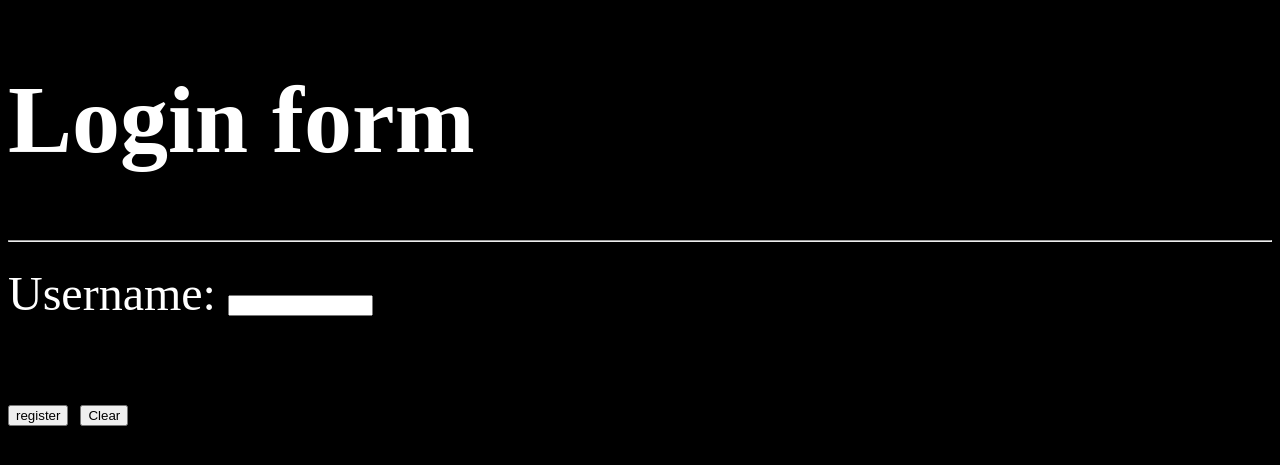
Repository: neerajagrrawal/Day8
Page: LoginApplication/WebContent/registration.html
These files come from the project's save history. The page is drawn as it stood at one moment and after the next save; the edit follows.
The browser window is 1280 px wide. The pictures show the whole page.

Above is the page before, as saved 2018-09-05 11:54:03.

### LoginApplication/WebContent/registration.html
<!DOCTYPE html>
<html>
<head>
<meta charset="ISO-8859-1">
<title>Insert title here</title>
</head>
<body bgcolor="black">
<font color="white" size="11">
<h1>Login form</h1>
<hr>
<form action="register" method="post">
<label>Username: </label>
<input type="text" name="password" size="15">
<br><br>
<input type="submit" value="register"/>
<input type="reset" value="Clear"/>
<br><br>
</form>

</body>
</html>

After the next save:
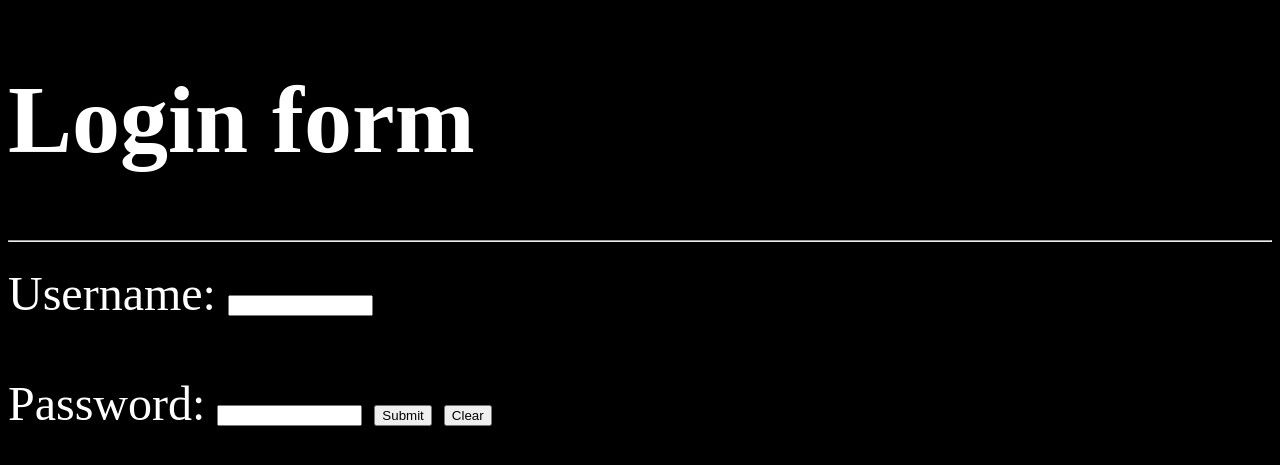
Saved 103 s later.
--- a/LoginApplication/WebContent/registration.html
+++ b/LoginApplication/WebContent/registration.html
@@ -10,9 +10,11 @@
 <hr>
 <form action="register" method="post">
 <label>Username: </label>
-<input type="text" name="password" size="15">
+<input type="text" name="username" size="15">
 <br><br>
-<input type="submit" value="register"/>
+<label>Password: </label>
+<input type="password" name="pass" size="15">
+<input type="submit" value="Submit"/>
 <input type="reset" value="Clear"/>
 <br><br>
 </form>
